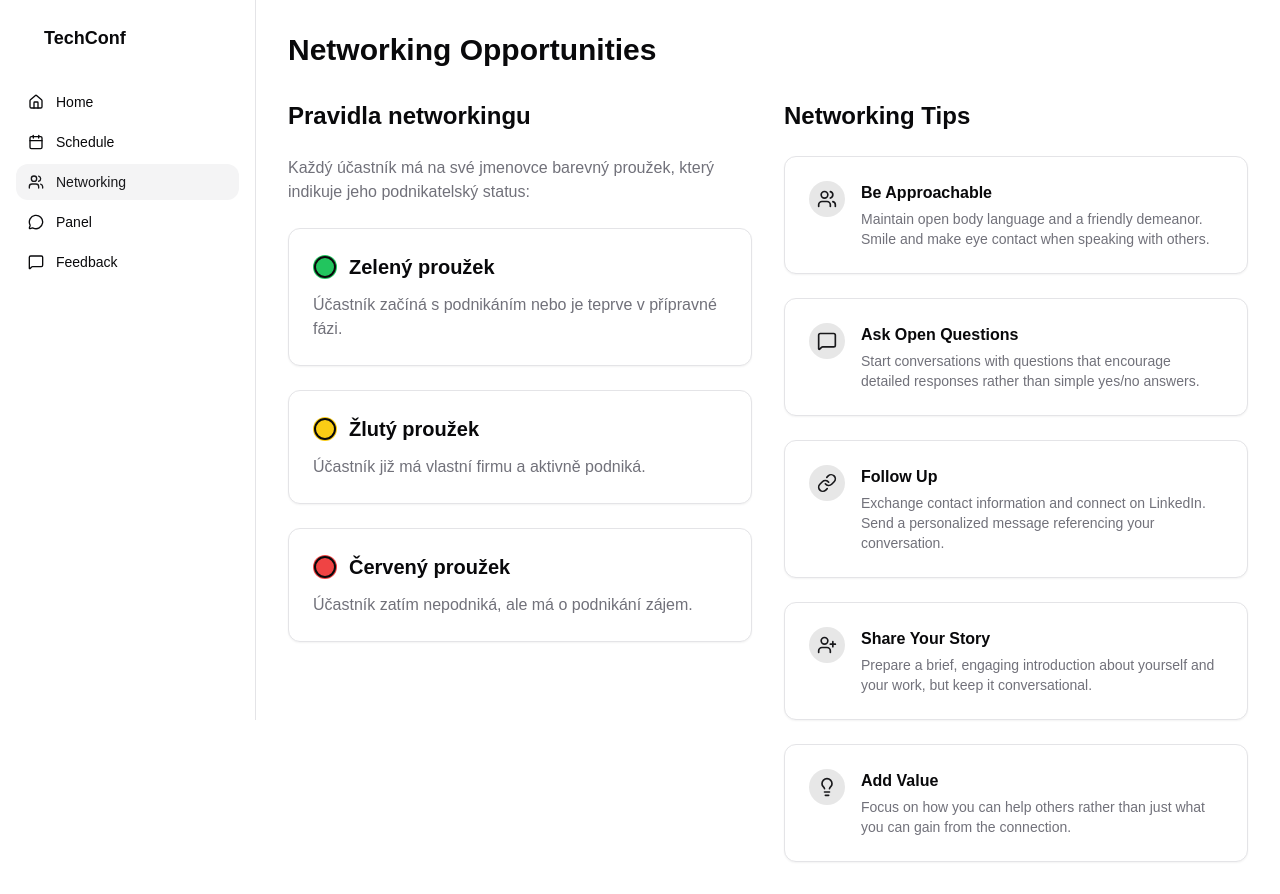
Repository: mrnavdal/symposium-2024
Page: /networking (app in symposium24/)
These files come from the project's save history. The page is drawn as it stood at one moment and after the next save; the edit follows.
The browser window is 1280 px wide. The pictures show the whole page.
The project was rebuilt for these pictures with package versions that can differ from the ones it lists, and the page was loaded fresh each time. The framework's server and built-in components were replaced by stand-ins that run in the browser. Also part of the build but not shown: symposium24/next.config.ts, symposium24/src/styles/calendar.css.

Above is the page before, as saved 2024-11-08 14:30:51.

After the next save:
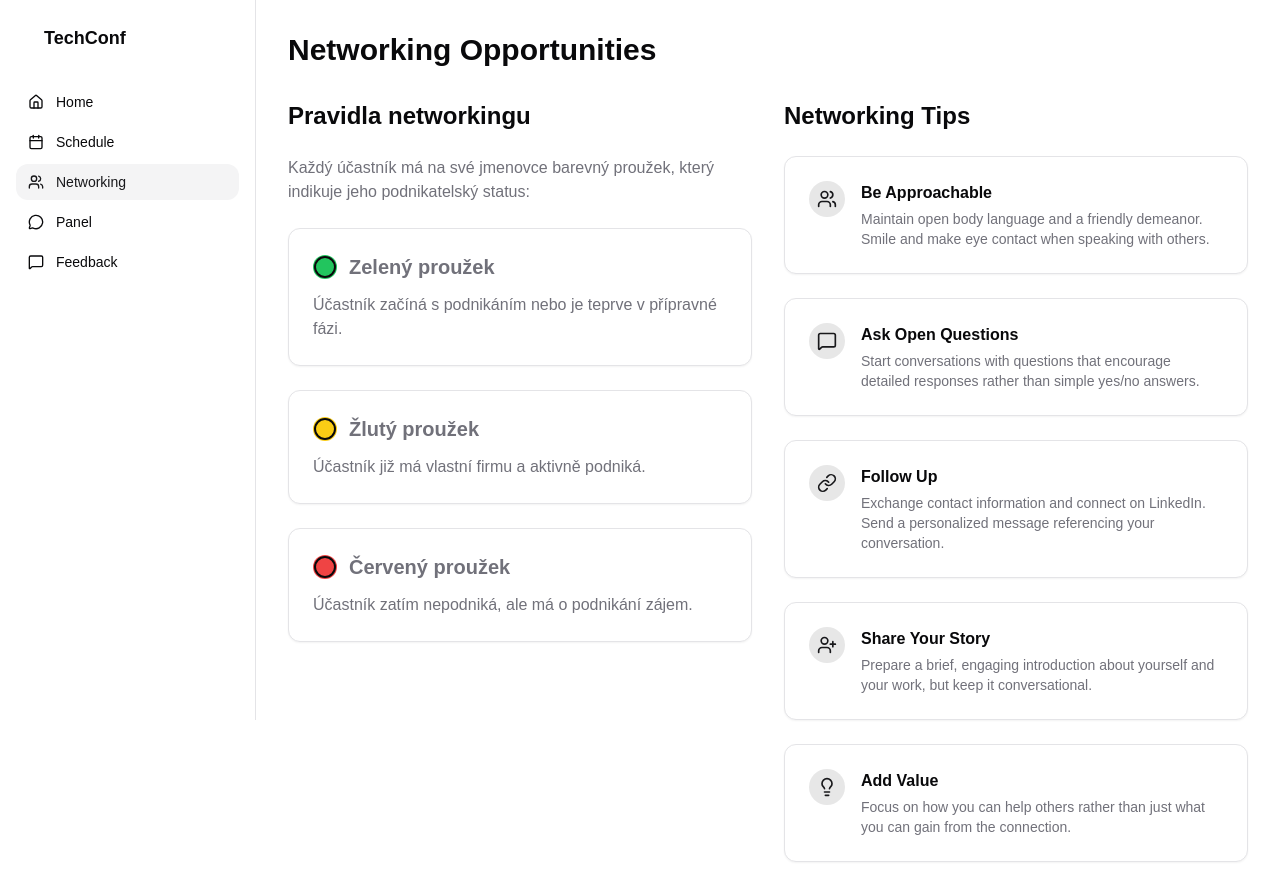
Saved 14 s later.
--- a/symposium24/src/components/NetworkingEvents.tsx
+++ b/symposium24/src/components/NetworkingEvents.tsx
@@ -50,7 +50,7 @@ export function BadgeDescriptions() {
         >
           <div className="flex items-center gap-3 mb-3">
             <Circle className={`h-6 w-6 ${rule.color} rounded-full`} />
-            <h3 className="text-xl text-leading-text dark:text-leading-text font-semibold">{rule.title}</h3>
+            <h3 className="text-xl text-muted-foreground font-semibold">{rule.title}</h3>
           </div>
           <p className="text-muted-foreground">{rule.description}</p>
         </AnimatedCard>
